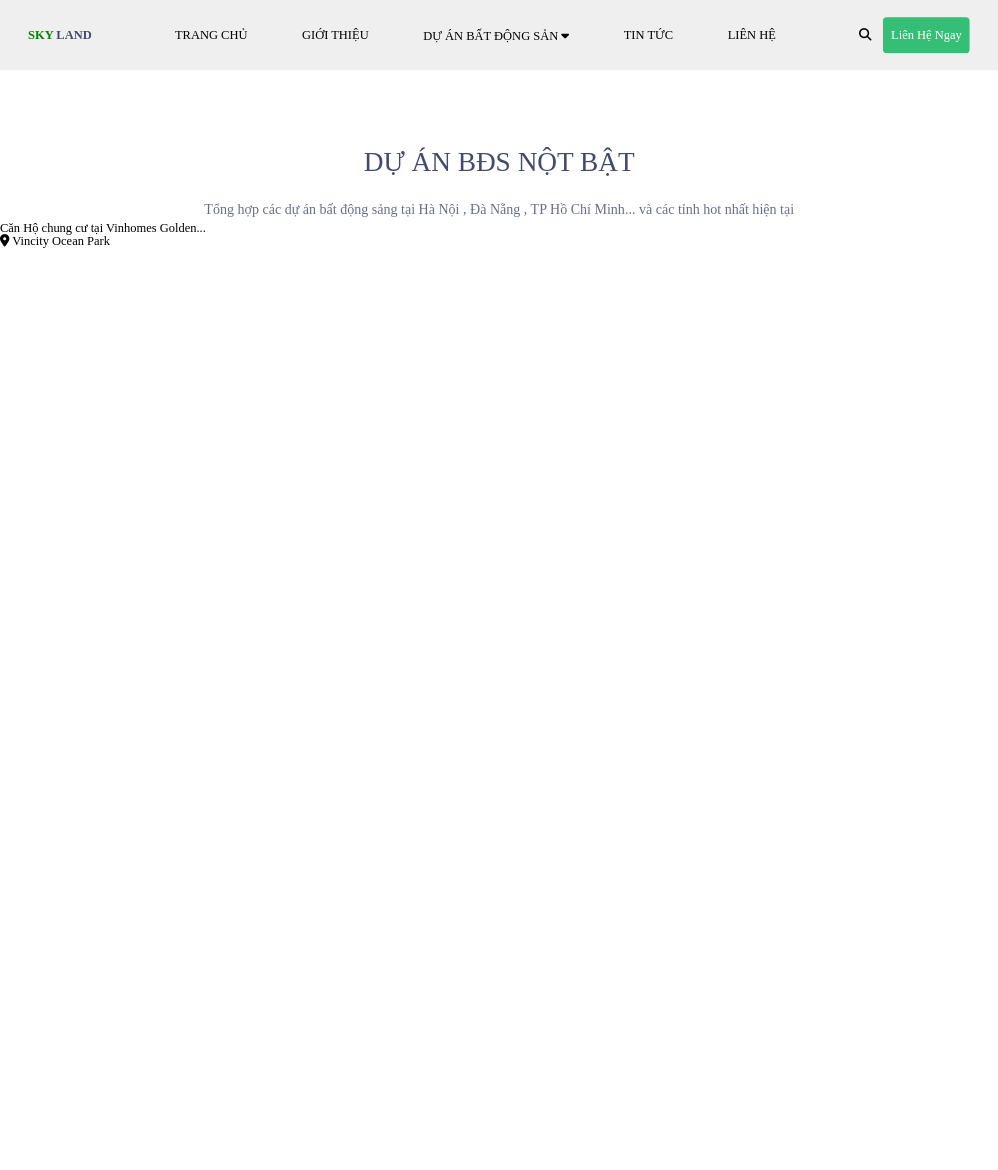
Repository: HuynhDuc23/Webvideodesgin
Page: htmlcssNangCao/index.html
The author's editor kept a copy of each file at every save. The page is drawn from the files as they stood at one save, then again after the next save.
The browser window is 1280 px wide. The pictures show the whole page, at 78% of full size.
The style sheet was rebuilt from its Sass, Less or Tailwind sources for each picture, by a compiler version that may differ from the author's.

Above is the page before, as saved 2023-04-30 09:33:03.

After the next save:
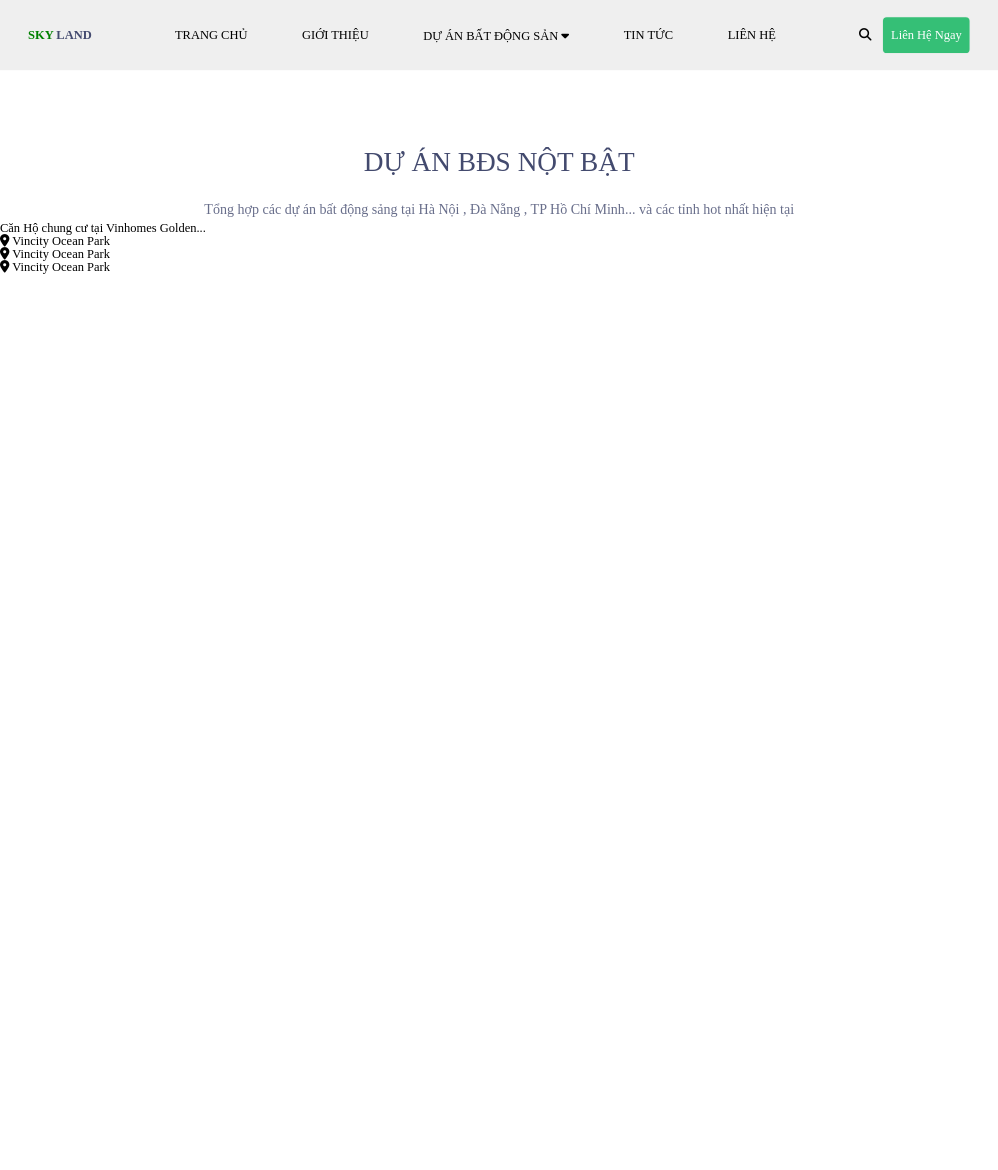
Saved 12 s later.
--- a/htmlcssNangCao/index.html
+++ b/htmlcssNangCao/index.html
@@ -46,6 +46,14 @@
                         <i class="fa-solid fa-location-dot locate_icon"></i>
                         <span class="text">Vincity Ocean Park</span>
                     </div>
+                    <div class="icon1">
+                        <i class="fa-solid fa-location-dot locate_icon"></i>
+                        <span class="text">Vincity Ocean Park</span>
+                    </div>
+                    <div class="icon1">
+                        <i class="fa-solid fa-location-dot locate_icon"></i>
+                        <span class="text">Vincity Ocean Park</span>
+                    </div>
                 </div>
             </div>
         </div>
